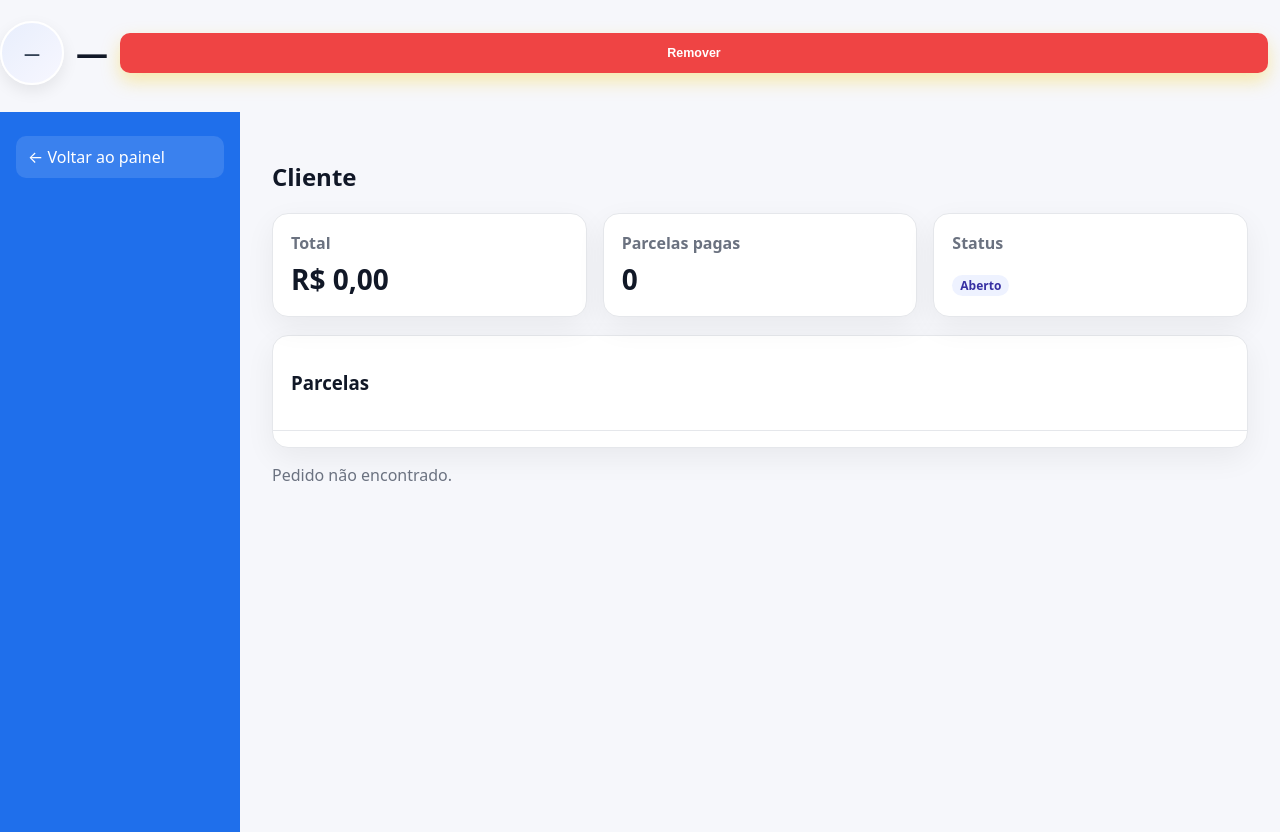
Repository: Rob-son-prog/NegocioSistema
Page: portal.html
The author's editor kept a copy of each file at every save. The page is drawn from the files as they stood at one save, then again after the next save.
The browser window is 1280 px wide. The pictures show the whole page.

Above is the page before, as saved 2025-08-27 09:37:40.

After the next save:
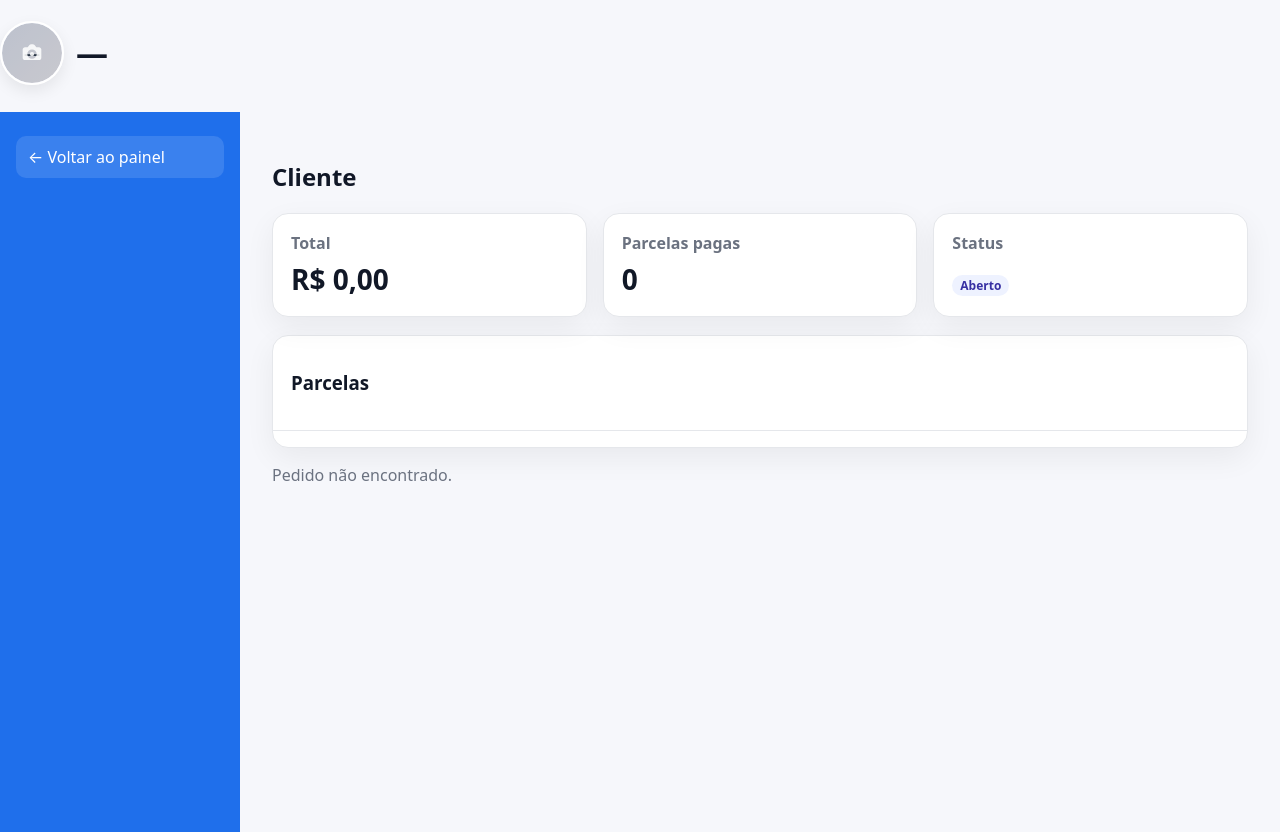
Saved 88 s later.
--- a/portal.js
+++ b/portal.js
@@ -143,12 +143,13 @@ function render(order) {
   const idFromUrl  = params.get('cid') || params.get('id') || params.get('oid') || 'sem-id';
   const AVATAR_KEY = `avatar:${idFromUrl}`;
 
+  const avatarLabel  = document.querySelector('.avatar-upload');
   const avatarInput  = document.getElementById('avatarInput');
   const avatarImg    = document.getElementById('avatarImg');
   const avatarInit   = document.getElementById('avatarInitials');
   const avatarRemove = document.getElementById('avatarRemove');
 
-  // Preenche nome/sub a partir do que já existe na página
+  // Preenche título/sub a partir do conteúdo existente
   const h1Existente = document.querySelector('.content h1');
   const subExistente = h1Existente?.nextElementSibling?.classList.contains('muted')
     ? h1Existente.nextElementSibling
@@ -161,13 +162,18 @@ function render(order) {
   if (clientSubEl && subExistente) clientSubEl.textContent = subExistente.textContent || '';
 
   function initials(name){
-    return (name||'')
-      .trim()
-      .split(/\s+/).slice(0,2)
-      .map(s => s[0]?.toUpperCase() || '')
-      .join('') || '?';
+    return (name||'').trim().split(/\s+/).slice(0,2).map(s => s[0]?.toUpperCase() || '').join('') || '?';
   }
   avatarInit.textContent = initials(clientNameEl?.textContent || '');
+
+  function setAvatarState(hasPhoto){
+    if (avatarLabel){
+      avatarLabel.classList.toggle('no-photo', !hasPhoto);
+    }
+    if (avatarRemove){
+      avatarRemove.style.display = hasPhoto ? 'inline-flex' : 'none';
+    }
+  }
 
   function applyAvatar(url){
     if (url){
@@ -175,23 +181,29 @@ function render(order) {
       avatarImg.style.display = 'block';
       avatarInit.style.display = 'none';
       try { localStorage.setItem(AVATAR_KEY, url); } catch {}
+      setAvatarState(true);
     } else {
       avatarImg.removeAttribute('src');
       avatarImg.style.display = 'none';
       avatarInit.style.display = 'block';
       try { localStorage.removeItem(AVATAR_KEY); } catch {}
-    }
-  }
-
-  // Carrega salvo (se houver)
+      setAvatarState(false);
+    }
+  }
+
+  // Estado inicial (carrega salvo, se houver)
   const saved = localStorage.getItem(AVATAR_KEY);
-  if (saved) applyAvatar(saved);
-
-  // Clicar no avatar abre o seletor (o <label> já cuida disso)
+  applyAvatar(saved || null);
+
+  // Seleção de arquivo (adiciona/substitui no mesmo botão)
   avatarInput?.addEventListener('change', ()=>{
     const f = avatarInput.files?.[0]; if (!f) return;
     const MAX = 512 * 1024; // 512KB
-    if (f.size > MAX){ alert('Foto muito grande (máx. 512KB).'); avatarInput.value=''; return; }
+    if (f.size > MAX){
+      alert('Foto muito grande (máx. 512KB).');
+      avatarInput.value = '';
+      return;
+    }
     const reader = new FileReader();
     reader.onload = ()=> applyAvatar(reader.result);
     reader.readAsDataURL(f);
